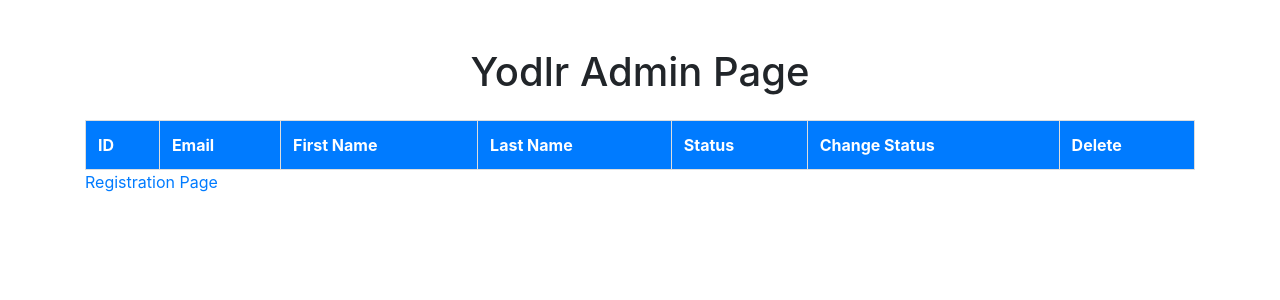
Repository: rmdayberry/yodlr-take-home
Page: public/admin.html
An editor plug-in stored every save of this project. The page is shown before and after the next save, followed by the edit.
The browser window is 1280 px wide. The pictures show the whole page.
The page's requests for data from a server got no answer.

Above is the page before, as saved 2024-10-09 08:20:01.
Console error: TypeError: Cannot read properties of undefined (reading 'message')

After the next save:
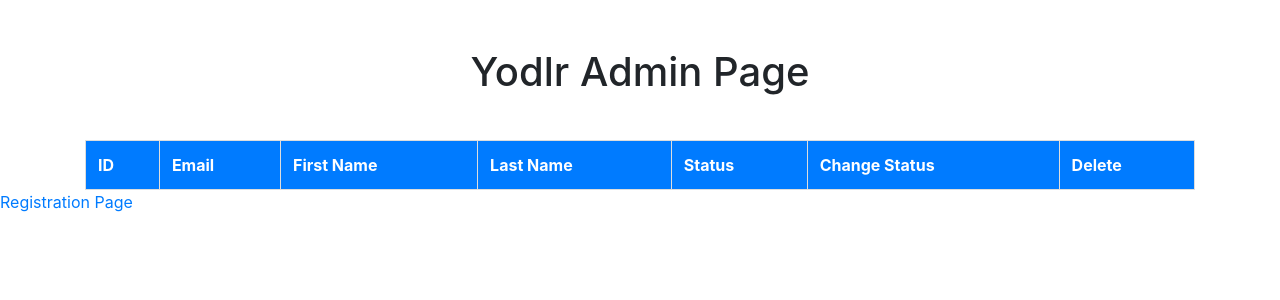
Saved 59 s later.
--- a/public/admin.html
+++ b/public/admin.html
@@ -104,6 +104,7 @@
   <body>
     <div class="container mt-5">
       <h1 class="text-center mb-4">Yodlr Admin Page</h1>
+      <div class= "table-responsive"></div>
       <table id="userTable">
         <thead>
           <tr>
@@ -118,6 +119,7 @@
         </thead>
         <tbody></tbody>
       </table>
+      </div>
       <p>
         <a href="signup.html">Registration Page</a>
       </p>
